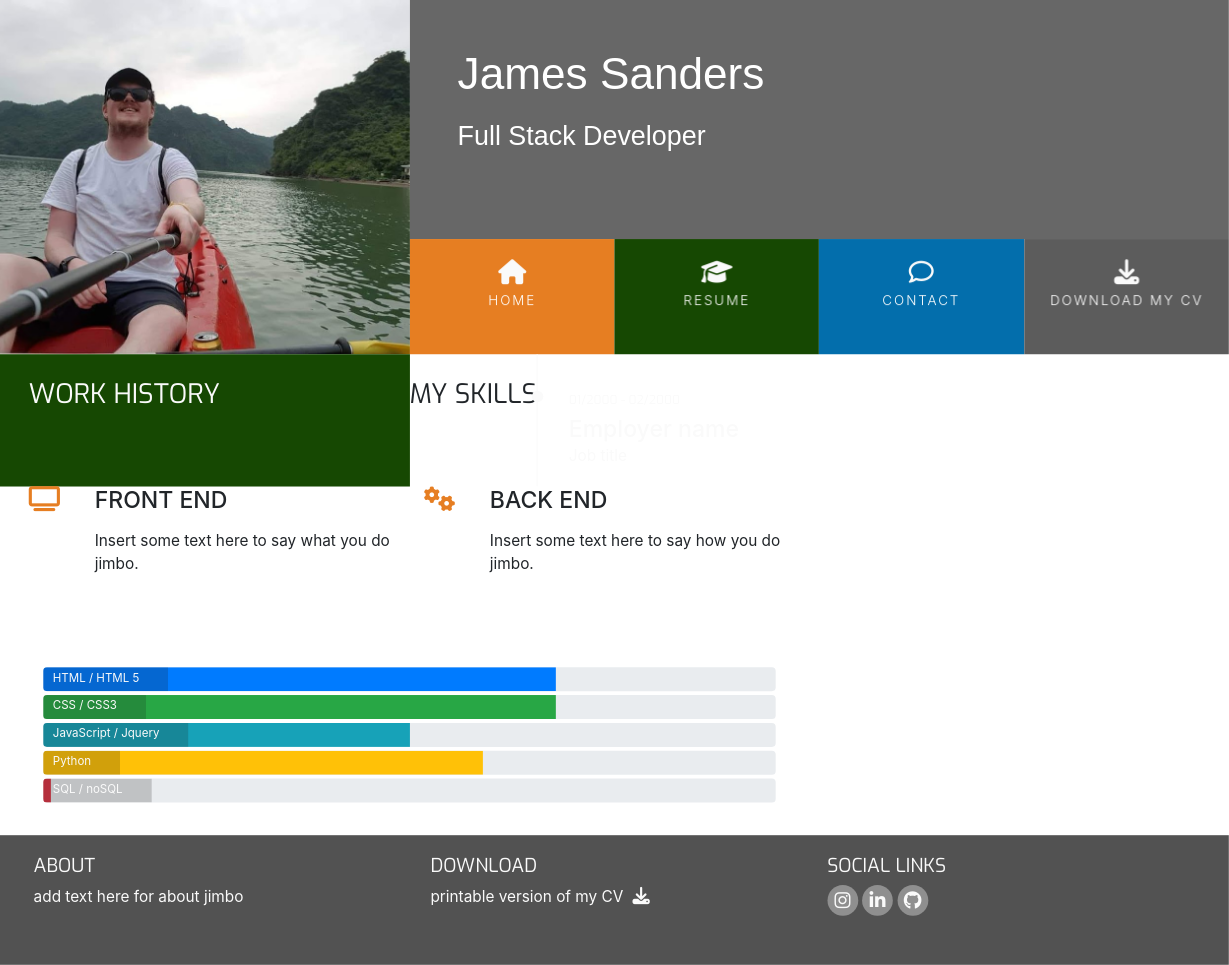
Repository: JaySanders95/my-online-resume
Page: resume.html
An editor plug-in stored every save of this project. The page is shown before and after the next save, followed by the edit.
The browser window is 1280 px wide. The pictures show the whole page, at 96% of full size.
Some web fonts or font styles are not loaded; a fallback is used. Some web libraries are served in a nearby version.

Above is the page before, as saved 2023-04-19 22:27:09.

### resume.html
<!DOCTYPE html>
<html lang="en">
<head>
    <meta charset="UTF-8">
    <meta http-equiv="X-UA-Compatible" content="IE=edge">
    <meta name="viewport" content="width=device-width, initial-scale=1.0">
    <link rel="stylesheet" href="https://cdn.jsdelivr.net/npm/@fortawesome/fontawesome-free@6.2.1/css/fontawesome.min.css" integrity="sha384-QYIZto+st3yW+o8+5OHfT6S482Zsvz2WfOzpFSXMF9zqeLcFV0/wlZpMtyFcZALm" crossorigin="anonymous">
    <link rel="stylesheet" href="https://cdn.jsdelivr.net/npm/bootstrap@4.6.2/dist/css/bootstrap.min.css" integrity="sha384-xOolHFLEh07PJGoPkLv1IbcEPTNtaed2xpHsD9ESMhqIYd0nLMwNLD69Npy4HI+N" crossorigin="anonymous">
    <link rel="stylesheet" href="assets/css/style.css">
    <link rel="stylesheet" href="https://cdnjs.cloudflare.com/ajax/libs/hover.css/2.3.1/css/hover-min.css" integrity="sha512-csw0Ma4oXCAgd/d4nTcpoEoz4nYvvnk21a8VA2h2dzhPAvjbUIK6V3si7/g/HehwdunqqW18RwCJKpD7rL67Xg==" crossorigin="anonymous" referrerpolicy="no-referrer" />
    <title>James Sanders' Resume</title>
</head>
<body>
    <header>
        <div class="row no-gutters">
            <a href="index.html" class="col-md-4 logo">

            </a>
            <div class="col-md-8">
                <div class="row bg-color-name-title no-gutters">
                    <div class="col heading">
                        <h1 class="name">James Sanders</h1>
                        <h2 class="title">Full Stack Developer</h2>

                    </div>
                </div>
                <div class="row no-gutters">
                    <div class="col">
                        <ul id="nav" class="list-inline menucontainer">
                            <li class="col-6 col-sm-3 ui-menu-color-home list-inline-item menuitem">
                                <a href="#" class="hvr-bounce-to-bottom"><i class="fa fa-home" aria-hidden="true"></i><span>Home</span></a>
                            </li>
                            <li class="col-6 col-sm-3 ui-menu-color-resume list-inline-item menuitem">
                                <a href="#" class="hvr-bounce-to-bottom"><i class="fa fa-graduation-cap" aria-hidden="true"></i><span>Resume</span></a>
                            </li>
                            <li class="col-6 col-sm-3 ui-menu-color-contact list-inline-item menuitem">
                                <a href="#" class="hvr-bounce-to-bottom"><i class="fa fa-comment-o" aria-hidden="true"></i><span>Contact</span></a>
                            </li>
                            <li class="col-6 col-sm-3 ui-menu-color-download list-inline-item menuitem">
                                <a href="#" class="hvr-bounce-to-bottom"><i class="fa fa-download" aria-hidden="true"></i><span>Download my CV</span></a>
                            </li>
                        </ul>
                    </div>
                </div>
            </div>
        </div>
    </header>
    <section class="container-fluid">
        <div class="row">
            <div class="col-md-4 bg-color-work-history section-column">
                <div class="row">
                    <div class="col-12">
                        <h3 class="history-heading uppercase">
                            Work History
                        </h3>
                    </div>
                </div>

            </div>
            <div class="row">
                <div class="col">
                    <h3 class="section-heading uppercase">My Skills</h3>
                </div>
            </div>
            <div class="timeline-item" data-dates="01/2000 - 02/2000">
                <h4>Employer name</h4>
                <p>Job title</p>
            </div>
            <div class="col-md-8 bg-color-three-reasons section-column">

                <div class="row">
                    <div class="col-10 offset-1 offset-sm-0 col-sm-4 col-md-6">
                        <div class="row">
                            <div class="col-2">
                                <i class="three-reasons-icon fa fa-tv" aria-hidden="true"></i>
                            </div>
                            <div class="col-10">
                                <h4 class="three-reasons-heading uppercase">Front End</h4>
                                <p>
                                    Insert some text here to say what you do jimbo.
                                </p>
                            </div>
                        </div>
                    </div>
                    <div class="col-10 offset-1 offset-sm-0 col-sm-4 col-md-6">
                        <div class="row">
                            <div class="col-2">
                                <i class="three-reasons-icon fa fa-gears" aria-hidden="true"></i>
                            </div>
                            <div class="col-10">
                                <h4 class="three-reasons-heading uppercase">Back end</h4>
                                <p>
                                    Insert some text here to say how you do jimbo.
                                </p>
                            </div>
                        </div>
                    </div>

                </div>
                <div class="row progress-section">

                </div>
                <div class="col">
                    <div class="progress">
                        <div class="progress-bar" role="progressbar" #
                        aria-valuenow="70" aria-valuemin="0" aria-valuemax="100" style="width:70%">
                        <span class="sr-only"> 70% complete</span>
                        </div>
                        <span class="progress-type">HTML / HTML 5</span>
                    </div>
                    <div class="progress">
                        <div class="progress-bar bg-success" role="progressbar" #
                        aria-valuenow="70" aria-valuemin="0" aria-valuemax="100" style="width:70%">
                        <span class="sr-only"> 70% complete</span>
                        </div>
                        <span class="progress-type">CSS / CSS3</span>
                    </div>
                    <div class="progress">
                        <div class="progress-bar bg-info" role="progressbar" #
                        aria-valuenow="50" aria-valuemin="0" aria-valuemax="100" style="width:50%">
                        <span class="sr-only"> 50% complete</span>
                        </div>
                        <span class="progress-type">JavaScript / Jquery</span>
                    </div>
                    <div class="progress">
                        <div class="progress-bar bg-warning" role="progressbar" #
                        aria-valuenow="60" aria-valuemin="0" aria-valuemax="100" style="width:60%">
                        <span class="sr-only"> 60% complete</span>
                        </div>
                        <span class="progress-type">Python</span>
                    </div>
                    <div class="progress">
                        <div class="progress-bar bg-danger" role="progressbar" #
                        aria-valuenow="1" aria-valuemin="0" aria-valuemax="100" style="width:1%">
                        <span class="sr-only"> 0% complete</span>
                        </div>
                        <span class="progress-type">SQL / noSQL</span>
                    </div>
                </div>
            </div>
        </div>

    </section>
    <footer class="container-fluid">
        <div id="footer-details" class="row">
            <div class="col-sm-4">
                <h5 class="uppercase general-sub">About</h5>
                <p class="inline-block"> add text here for about jimbo</p>
            </div>
            <div class="col-sm-4">
                <h5 class="uppercase general-sub">Download</h5>
                <p class="inline-block"> printable version of my CV</p>
                <a href="#" target="_blank" class="cv-pdf">
                    <i class="fa fa-download" aria-hidden="true"></i>
                    <span class="sr-only">Download link.</span>
                </a>
            </div>
            <div class="col-sm-4">
                <h5 class="uppercase general-sub">Social links</h5>
                <ul class="list-inline social-links">
                    <li class="list-inline-item">
                        <a target="_blank" href="#">
                            <i class="fa fa-instagram"></i>
                            <span class="sr-only">Instagram</span>
                        </a>
                    </li>
                    <li class="list-inline-item">
                        <a target="_blank" href="#">
                            <i class="fa fa-linkedin"></i>
                            <span class="sr-only">LinkedIn</span>
                        </a>
                    </li>
                    <li class="list-inline-item">
                        <a target="_blank" href="#">
                            <i class="fa-brands fa-github"></i>
                            <span class="sr-only">GitHub</span>

                        </a>
                    </li>
                </ul>
            </div>
        </div>

    </footer>
    <script src="https://kit.fontawesome.com/c80cd6a143.js" crossorigin="anonymous"></script>
</body>
</html>

### assets/css/style.css
@import url('https://fonts.googleapis.com/css2?family=Anuphan:100,200,300,400,500,600,700wght@300&family=Exo:100,200,300,400,500,600,700ital,wght@1,300&display=swap');


/* ------- Colours ---------*/

.bg-color-name-title {
    background-color:#676767;
}

.bg-color-three-reasons {
    background-color: #fff;
}

.bg-color-personal-info {
    background-color:#f4f4f4;
}

.ui-menu-color-home {
    background-color: #e67e22;
}

.ui-menu-color-resume {
    background-color: #164802;
}

.ui-menu-color-contact {
    background-color: #036eac;
}

.ui-menu-color-download {
    background-color: #5c5c5c;
}

.bg-color-work-history {
    background-color: #164802;
}

/* ------- Special paddings/margins/text ---------*/

h1,h2,h3,h4 {
    margin: 0;
}

.uppercase {
    text-transform: uppercase;
}

.general-sub {
    font-family: 'Exo', sans-serif;
    font-weight: 300;
    color: #fafafa;
}

.inline-block {
    display: inline-block;
}

.row-table {
    display: table;

}
.section-column {
    display: table-cell;
    padding: 0 30px 30px;
    float: none;
}

.history-heading,
.section-heading {
    font-family: 'Exo', sans-serif;
    font-weight: 300;
    margin-top: 25px;
    margin-bottom: 40px;
}

/* ------- Headers ---------*/
header {
    margin: 0;
}

.heading {
    margin-left: 50px;
}

.logo {
    background: url(../images/me.png);
    background-position: center;
    background-repeat: no-repeat;
    background-size: cover;
    min-height: 360px;
    transition: all .5s ease-in-out;
    -moz-transition: all .5s ease-in-out;
    -webkit-transition: all .5s ease-in-out;
}

.name {
    font-family: 'Anuphan', sans-serif;
    font-weight: 100;
    font-size: 46px;
    margin-top: 50px;
    color: #fff;
}


.title {
    font-family: 'Anuphan', sans-serif;
    font-weight: 200;
    font-size: 28px;
    margin-top: 20px;
    margin-bottom: 90px;
    color: #fff;
}

.list-inline-item:not(:last-child) {
    margin: 0;
}

.menucontainer {
    font-size: 0;
}

#nav li {
    font-size: 14px;
    padding: 0;
}

#nav {
    margin: 0;
}

.menuitem {
    height: 120px;
    text-align: center;
    padding: 0;

}

.menuitem a {
    width: 100%;
    text-decoration: none;
    color: #fff;
    height: 120px;
}

.menuitem a i {
    display: block;
    padding-top: 22px;
    color: #fafafa;
    font-size: 26px;
}

.menuitem span {
    display: block;
    width: 100%;
    padding-top: 5px;
    text-align: center;
    text-transform: uppercase;
    font-size: 14px;
    font-weight: 300;
    letter-spacing: 2px;
}

/* ------- Hover.css ---------*/

.hvr-bounce-to-bottom:before {
    background: rgba(0, 0, 0, 0.3) !important;
    height: 120px;

}

/* ------- Footer ---------*/

footer {
    background-color: #525252;
    color: #fafafa;
    min-height: 120px;
}

.cv-pdf i {
    font-size: 18px;
    color: #fafafa;
    text-align: center;
    padding-left: 5px;
    transition: all 0.35s ease-in-out;
    -moz-transition: all 0.35s ease-in-out;
    -webkit-transition: all 0.35s ease-in-out;
    -o-transition: all 0.35s ease-in-out;
}

.cv-pdf i:hover {
    color: #e84610;
}

.social-links {
    padding-bottom: 15px;
}

.social-links li a i {
    width: 32px;
    height: 32px;
    padding: 7px 0;
    border-radius: 50%;
    font-size: 19px;
    text-align: center;
    color: #fafafa;
    background: #8f8f8f;
    transition: all 0.35s ease-in-out;
    -moz-transition: all 0.35s ease-in-out;
    -webkit-transition: all 0.35s ease-in-out;
    -o-transition: all 0.35s ease-in-out;
}

.social-links li a i:hover {
    background-color: #e84610;
}

#footer-details {
    padding: 20px;
}

/* ------- 3 Reasons ---------*/

.three-reasons-icon {
    font-size: 26px;
    color: #e67e22;
}

.three-reasons-heading {
    margin-bottom: 15px;
}

/* ------- Personal Info ---------*/

.personal-info-item {
    margin-bottom: 20px;
    display: block;
    clear: both;
}

.personal-info-item .key,
.personal-info-item .value {
    padding: 8px;
    display: inline-block;

}

.personal-info-item .key p,
.personal-info-item .value p {
    margin: 0;
}

.personal-info-item .key {
    width: 30%;
    margin-right: 21px;
    padding-top: 2px;
    vertical-align: top;
}

.personal-info-item .key p {
    font-weight: 700;


}

.personal-info-item .value {
    position: relative;
    width: 60%;

}

/* ------- Skills ---------*/

.progress {
    line-height: normal;
    position: relative;
    height: 25px;
    margin-bottom: 4px;
}

.progress-type {
    position: absolute;
    left: 0px;
    font-weight: 400;
    padding: 3px 30px 2px 10px;
    color: #fafafa;
    background-color: rgba(25, 25, 25, 0.2);
    height: inherit;
}

.progress-section {
    margin: 40px 20px;
}

/* -------- Work History ----- */

.history-heading {
    color: #fafafa;
    margin-bottom: 50px;
}

.timeline-item {
    padding: 4em 2em 0em 2em;
    position: relative;
    color: #fafafa;
    border-left: 1px solid;
}

.timeline-item p {
    padding: 0;
    margin: 0;
}

.timeline-item:before {
    content: attr(data-dates);
    position: absolute;
    left: 2.5em;
    top: 3em;
    display: block;
    font-family: 'Exo', sans-serif;
    font-weight: 500;
    font-size: 0.8em;
    padding: 0;
    margin: 0;
}

.timeline-item:after {
    width: 12px;
    height: 12px;
    display: block;
    top: 2.4em;
    position: absolute;
    left: -6px;
    border-radius: 12px;
    content: '';
    background: #fafafa;
}







/*
font-family: 'Anuphan', sans-serif;
font-family: 'Exo', sans-serif;
*/

After the next save:
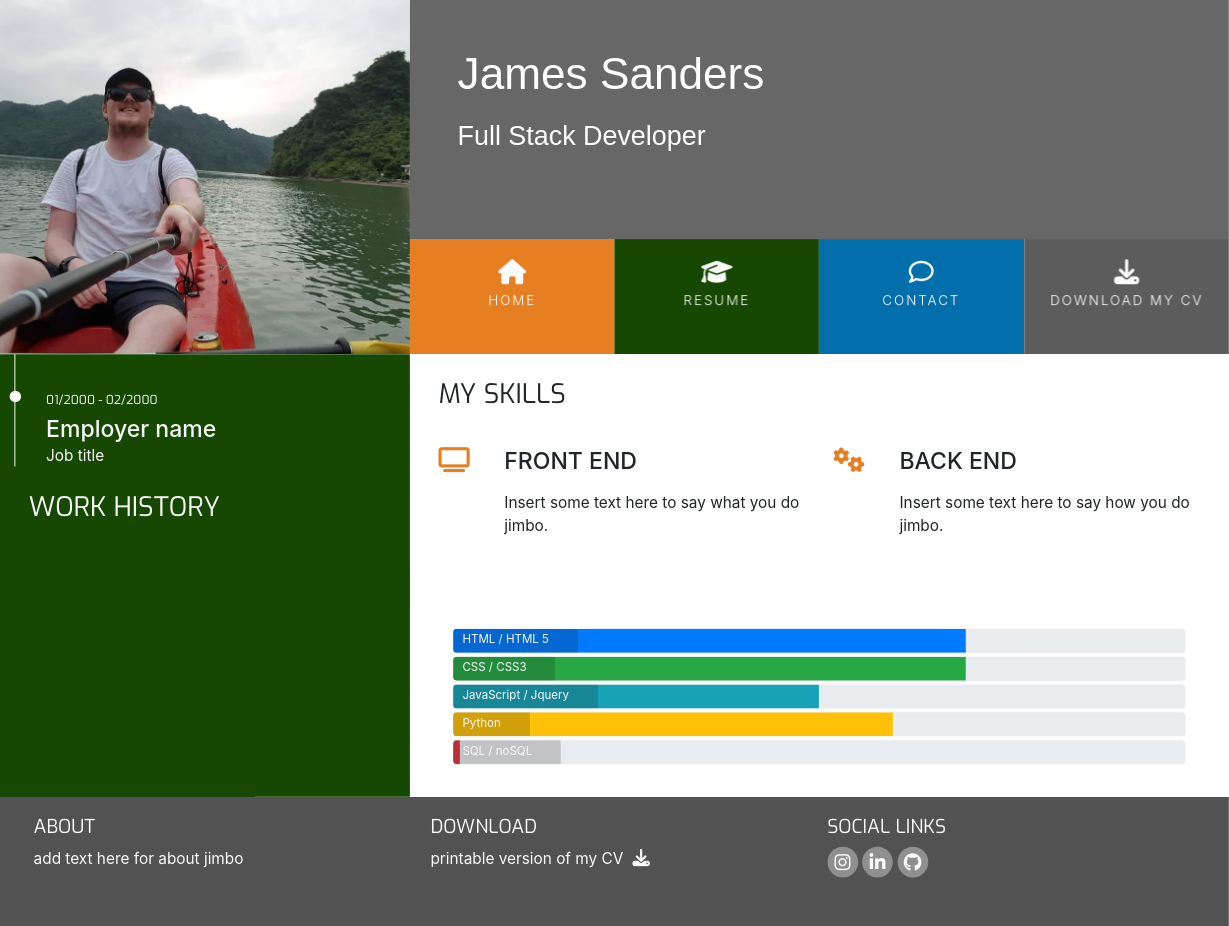
Saved 73 s later.
--- a/resume.html
+++ b/resume.html
@@ -49,6 +49,10 @@
         <div class="row">
             <div class="col-md-4 bg-color-work-history section-column">
                 <div class="row">
+                    <div class="timeline-item" data-dates="01/2000 - 02/2000">
+                        <h4>Employer name</h4>
+                        <p>Job title</p>
+                    </div>
                     <div class="col-12">
                         <h3 class="history-heading uppercase">
                             Work History
@@ -57,17 +61,12 @@
                 </div>
 
             </div>
-            <div class="row">
-                <div class="col">
-                    <h3 class="section-heading uppercase">My Skills</h3>
+            <div class="col-md-8 bg-color-three-reasons section-column">
+                <div class="row">
+                    <div class="col">
+                        <h3 class="section-heading uppercase">My Skills</h3>
+                    </div>
                 </div>
-            </div>
-            <div class="timeline-item" data-dates="01/2000 - 02/2000">
-                <h4>Employer name</h4>
-                <p>Job title</p>
-            </div>
-            <div class="col-md-8 bg-color-three-reasons section-column">
-
                 <div class="row">
                     <div class="col-10 offset-1 offset-sm-0 col-sm-4 col-md-6">
                         <div class="row">
